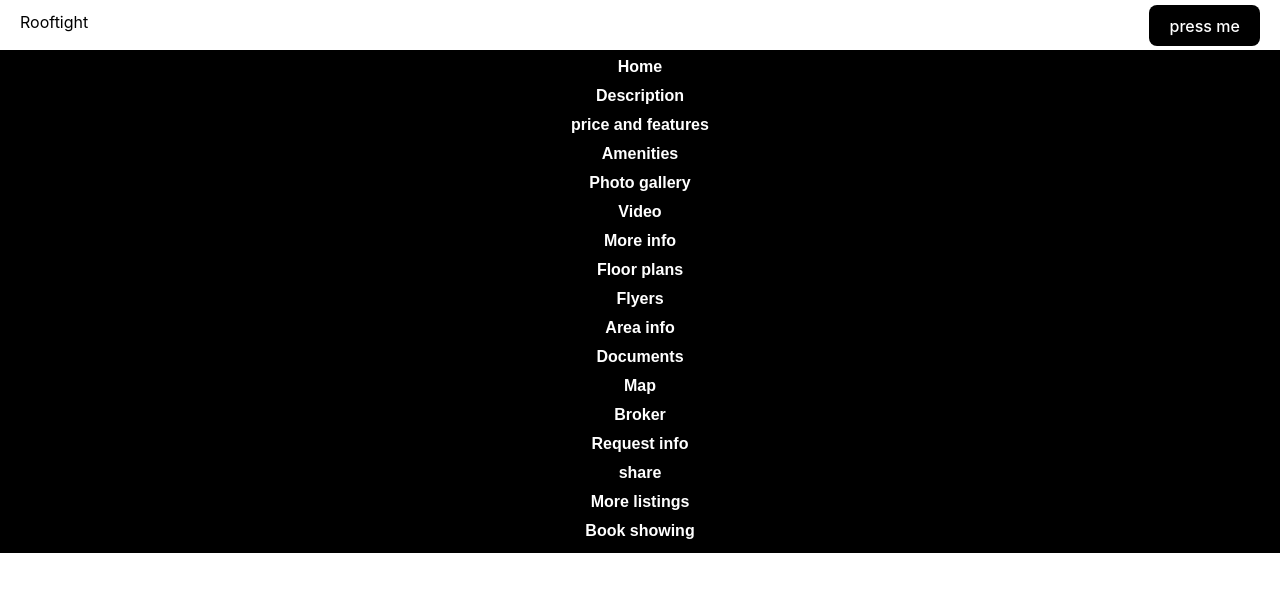
Repository: TMuse333/real-estate-landingpage
Page: /
These files come from the project's save history. The page is drawn as it stood at one moment and after the next save; the edit follows.
The browser window is 1280 px wide. The pictures show the whole page.
The project was rebuilt for these pictures with package versions that can differ from the ones it lists, and the page was loaded fresh each time. Also part of the build but not shown: vite.config.js.

Above is the page before, as saved 2023-09-19 16:46:41.

### src/App.jsx
import { useState } from 'react'

import './App.css'

import Navbar from './components/navbar'

function App() {


  return (
    <>
    <Navbar/>
    </>
  )
}

export default App

### src/App.css
.header-container{
  display: flex;
  justify-content: space-between;
  align-items: center;
  width: 100vw;
  position: fixed;
  top:0px;
  background-color: white;
  height: 40px;
 }

  .nav-list{

  list-style: none;
padding: 0;
  padding-bottom: 10px;
  margin: 0;

position: absolute;
top:50px;
background-color: black;
width: 100vw;
  color: white;

}

.nav-list li{
  margin-top: 5px;
 font-family: Arial, Helvetica, sans-serif;
  font-weight: bold;
}

.list-container {
  position: absolute;
  top:0px;
  display: flex;
  flex-direction: column;
  align-items: center;
  text-align: center;
  color: black;
  background-color:white;
  height:50px;
  width: 100vw;
}

.nav-button{
position: relative;
  background-color: black;
z-index: 100;
  color: white;
  position: absolute;
  right:20px;
  top:5px;

}

.title{
  position: absolute;
  left:20px;
  top:10px;
}

/* @media screen and (min-width: 415px) and (min-height: 415px){
  .header-container{
    display: flex;
    justify-content: space-between;
    align-items: center;
    width: 100vw;
    position: fixed;
    top: 50px;
    background: linear-gradient(to right, #F4A460, #FF8C00);
height: max-content;
gap:10px;
   }

   .list-container {
    position: absolute;
    display: flex;
 flex-wrap: wrap;
    justify-content:space-around;
    left: 50%;
    transform: translateX(-50%);
    width: 80%;
    margin-bottom:100px;
  }

  .nav-list{
    display: flex;


    width: 100%;
  }

  .nav-button{
    display: none;
  }

  } */

### src/components/navbar.jsx
import React, { useState,useEffect } from 'react';




const Navbar = () => {
  const [subMenuVisible, setSubMenuVisible] = useState(false);

  const toggleSubMenu = () => {
    setSubMenuVisible(!subMenuVisible);
  };

  const scrollToSection = (sectionId) => {

    const element = document.getElementById(sectionId);
    if (element) {

      element.scrollIntoView({
        behavior: 'smooth', // Smooth scrolling
        block: 'start',    // Scroll to the top of the element
      });
    }
  }

  useEffect(() => {
    // Function to update sub-menu visibility when the screen width changes
    const handleResize = () => {
      const screenWidth = window.innerWidth;
      setSubMenuVisible(screenWidth >= 415); // Set subMenuVisible to true if screen width is at least 415 pixels
    };

    // Add a resize event listener to update the sub-menu visibility
    window.addEventListener('resize', handleResize);

    // Initial call to set sub-menu visibility based on current screen width
    handleResize();

    // Clean up the event listener when the component unmounts
    return () => {
      window.removeEventListener('resize', handleResize);
    };
  }, []);

  const style = {

    opacity: subMenuVisible ? 1 : 0
    ,transition: 'opacity 0.5s ease'

  };

  return (


      <div className='list-container'>

        <div className='title'>Rooftight</div>
        <button onClick={toggleSubMenu} className='nav-button'>
          press me
        </button>
        <ul style={style} className='nav-list'>

          <li onClick={()=>scrollToSection('about')}>Home</li>

          <li onClick={()=>scrollToSection('description')}>Description</li>

          <li onClick={()=>scrollToSection('price')}>price and features</li>

          <li onClick={()=>scrollToSection('amenities')}>Amenities</li>

          <li onClick={()=>scrollToSection('photo-gallery')}>Photo gallery</li>

          <li onClick={()=>scrollToSection('video')}>Video</li>

          <li onClick={()=>scrollToSection('more-info')}>More info</li>

          <li onClick={()=>scrollToSection('floor-plans')}>Floor plans</li>

          <li onClick={()=>scrollToSection('flyers')}>Flyers</li>

          <li onClick={()=>scrollToSection('area-info')}>Area info</li>

          <li onClick={()=>scrollToSection('document')}>Documents</li>

          <li onClick={()=>scrollToSection('map')}>Map</li>

          <li onClick={()=>scrollToSection('broker')}>Broker</li>

          <li onClick={()=>scrollToSection('request-info')}>Request info</li>

          <li onClick={()=>scrollToSection('share')}>share</li>

          <li onClick={()=>scrollToSection('more-listings')}>More listings</li>

          <li onClick={()=>scrollToSection('book-showing')}>Book showing</li>





        </ul>
      </div>

  );
};

export default Navbar;

Loaded but not shown: index.html (common file); src/main.jsx (common file); src/index.css (common file)

After the next save:
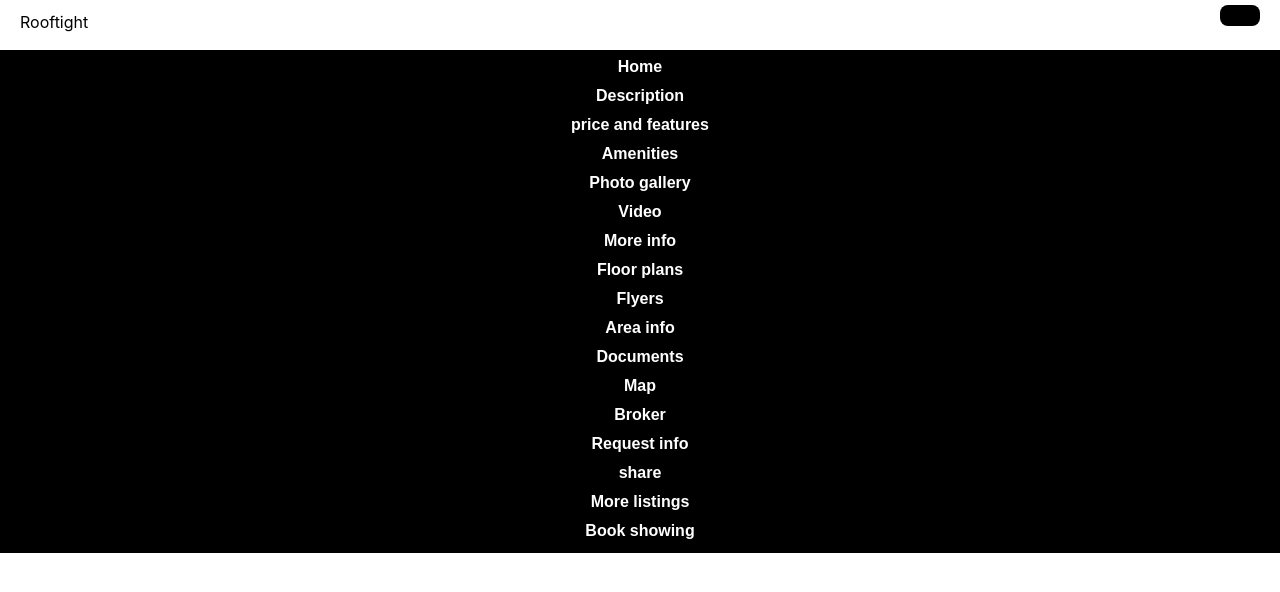
Saved 90 s later.
--- a/src/components/navbar.jsx
+++ b/src/components/navbar.jsx
@@ -55,7 +55,7 @@ const Navbar = () => {
 
         <div className='title'>Rooftight</div>
         <button onClick={toggleSubMenu} className='nav-button'>
-          press me
+
         </button>
         <ul style={style} className='nav-list'>
 
